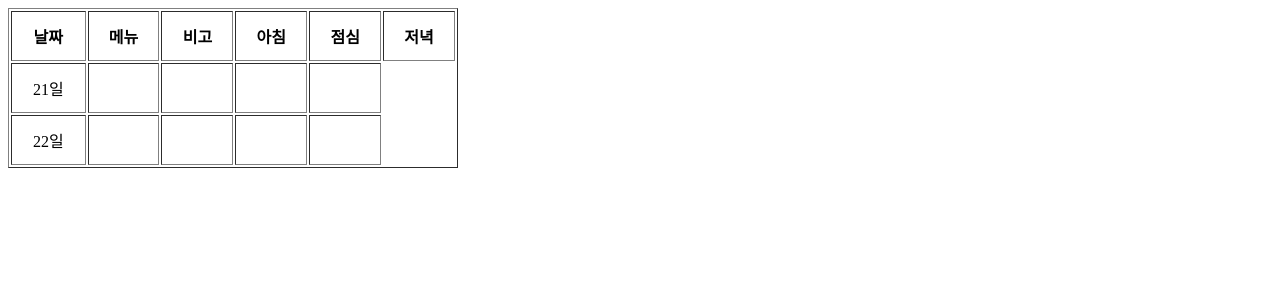
Repository: Cheol-Cheol/KOSA
Page: Kcc_web/Html/WebContent/mission/2.html
An editor plug-in stored every save of this project. The page is shown before and after the next save, followed by the edit.
The browser window is 1280 px wide. The pictures show the whole page.

Above is the page before, as saved 2024-07-08 05:36:51.

### Kcc_web/Html/WebContent/mission/2.html
<!DOCTYPE html>
<html>
<head>
<meta charset="UTF-8">
<title>Insert title here</title>
</head>
<body>
	<table width="450" border="1">
		<thead>
			<tr height="50" align="center">
				<th rowspan="2">날짜</th>
				<th>메뉴</th>
				<th rowspan="2">비고</th>
				<th>아침</th>
				<th>점심</th>
				<th>저녁</th>
			</tr>
		</thead>
		<tbody>
			<tr height="50" align="center">
				<td>21일</td>
				<td></td>
				<td></td>
				<td></td>
				<td></td>
			</tr>
			<tr height="50" align="center">
				<td>22일</td>
				<td></td>
				<td></td>
				<td></td>
				<td></td>
			</tr>
		</tbody>
	</table>
</body>
</html>

After the next save:
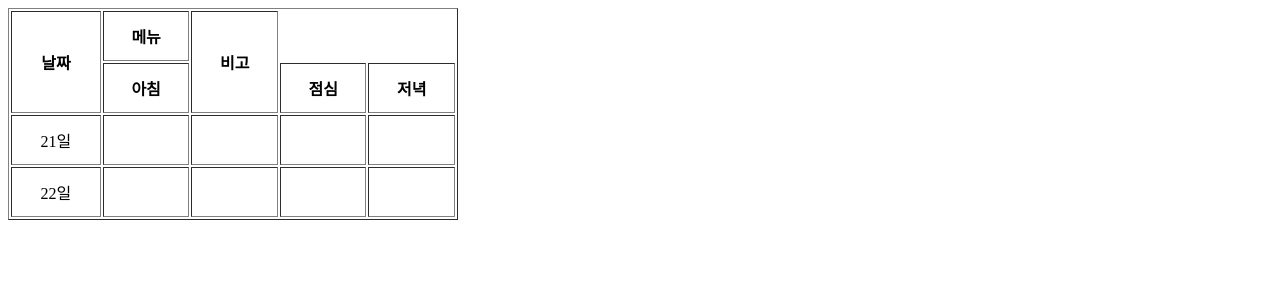
Saved 35 s later.
--- a/Kcc_web/Html/WebContent/mission/2.html
+++ b/Kcc_web/Html/WebContent/mission/2.html
@@ -11,6 +11,8 @@
 				<th rowspan="2">날짜</th>
 				<th>메뉴</th>
 				<th rowspan="2">비고</th>
+			</tr>
+			<tr height="50" align="center">
 				<th>아침</th>
 				<th>점심</th>
 				<th>저녁</th>
